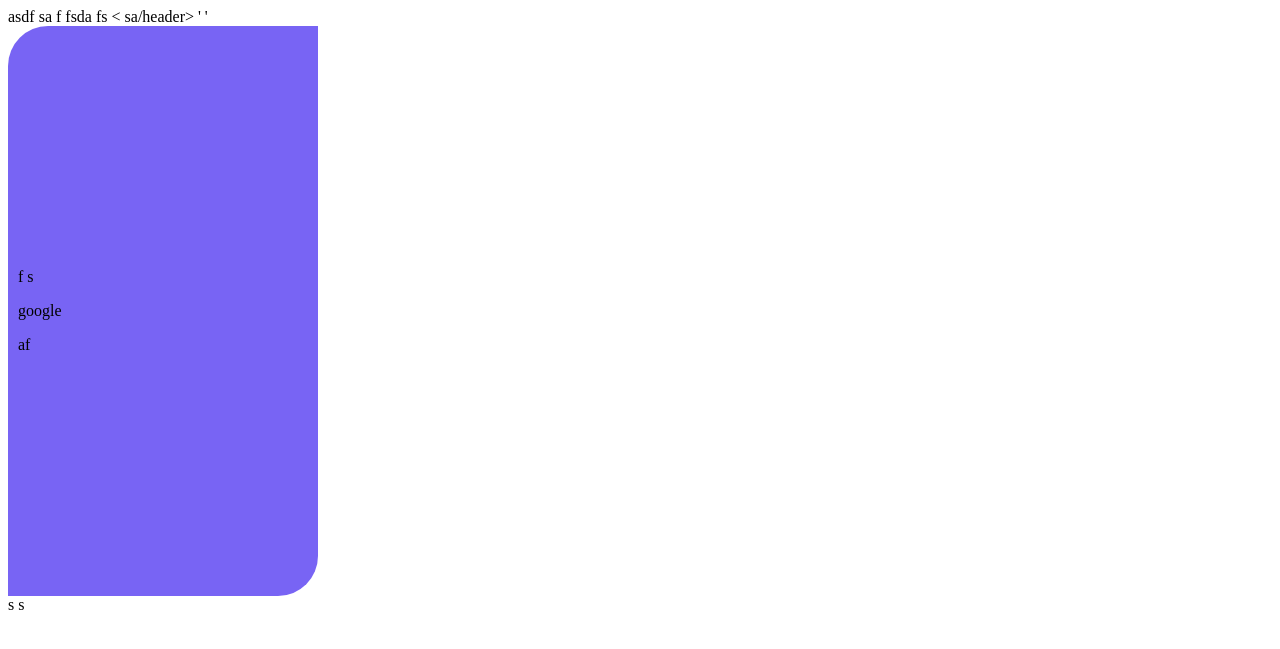
Repository: Aakarshit-Sharma19/Basic-HTML-and-CSS-Page-
Page: index.html
These files come from the project's save history. The page is drawn as it stood at one moment and after the next save; the edit follows.
The browser window is 1280 px wide. The pictures show the whole page.

Above is the page before, as saved 2020-11-07 12:23:48.

After the next save:
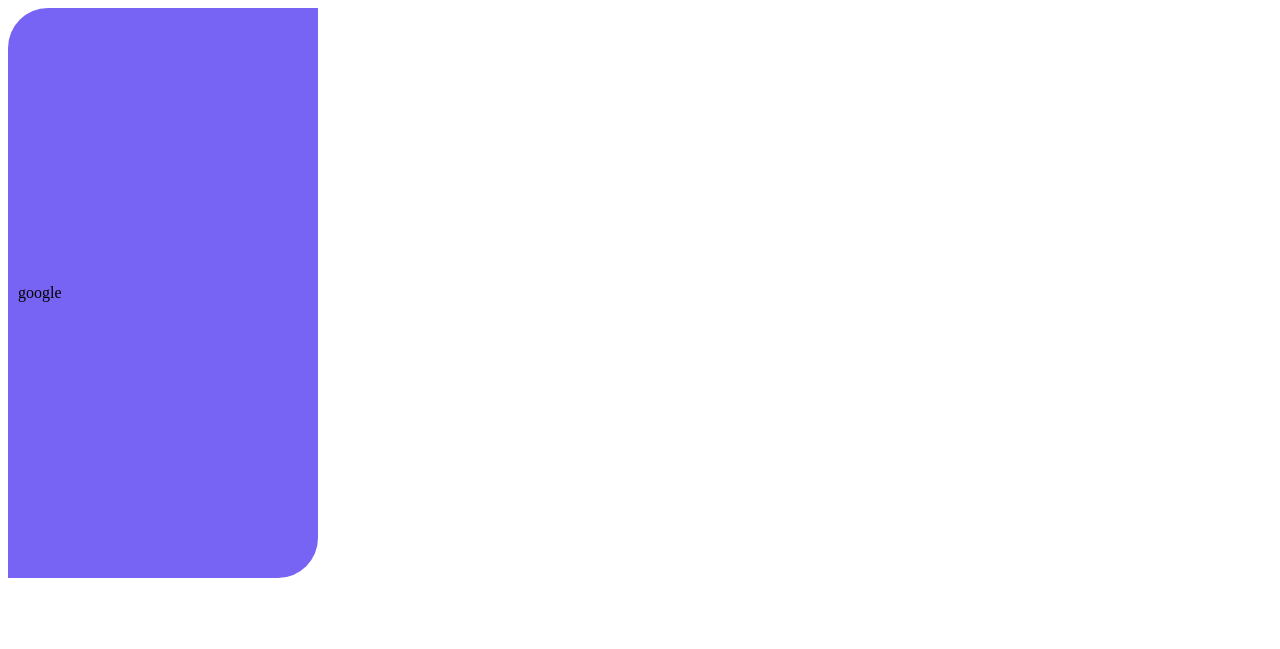
Saved 17 s later.
--- a/index.html
+++ b/index.html
@@ -14,24 +14,12 @@
         padding: 10px 100px 10px 10px;
         }
     </style>
-</head>asdf sa
-f
-fsda
-fs
- <a href="s as
- fs
-  f
-  as "></a>
-<headf s
-aer>
-<
-    sa/header>
-<body>' '
-    <div sda
-     class="shape" onclick="alert('hi')">
-    f s
+</head>
+<header>
+</header>
+<body>
+    <div class="shape" onclick="alert('hi')">
         <p class='shape_text'>google</p>
-    af
-</div>
-s <datagrid></datagrid></body>
-</html>s
+    </div>
+</body>
+</html>
